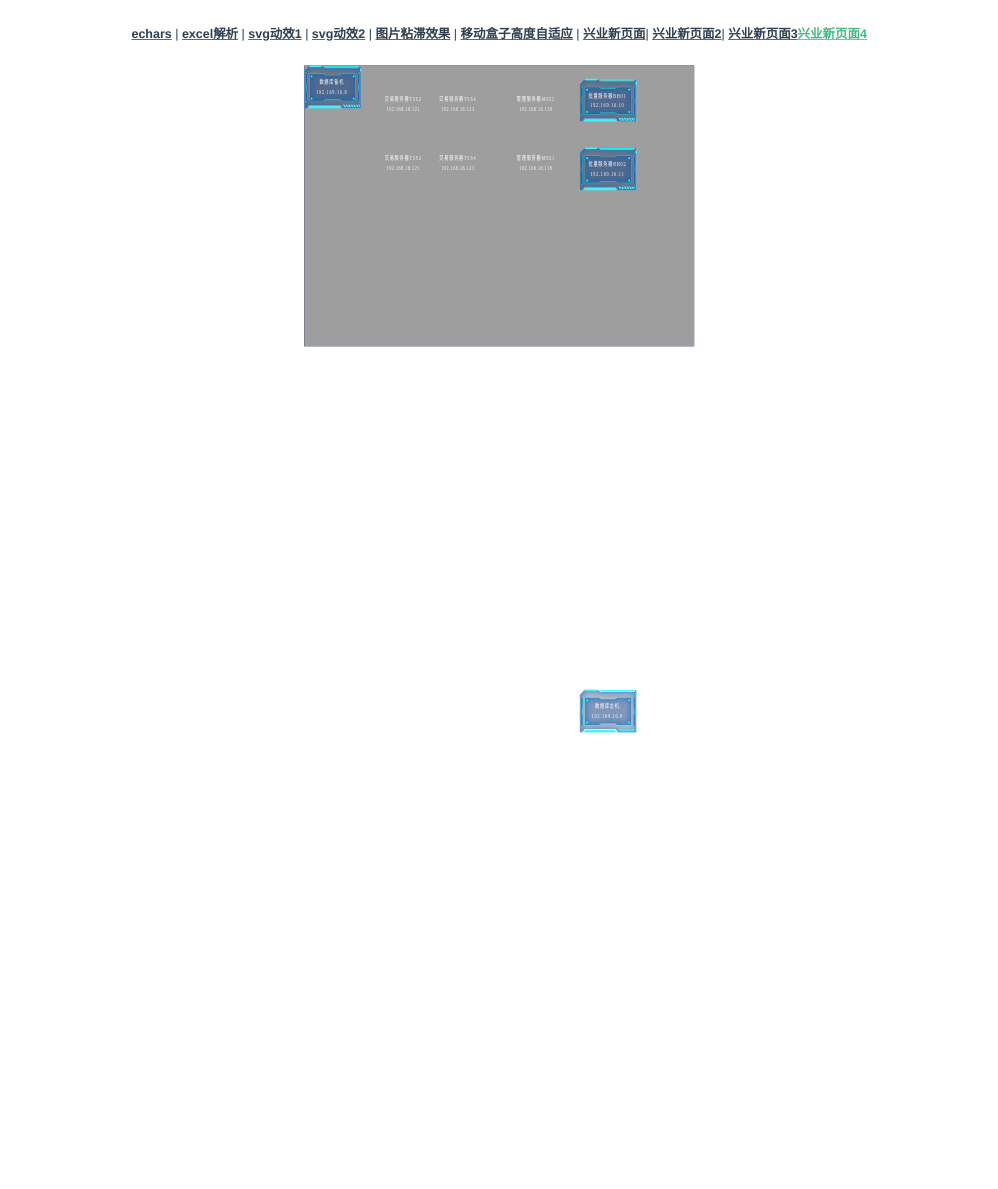
Repository: dmj199811/animation-dmj
Page: /#/work-page6
These files come from the project's save history. The page is drawn as it stood at one moment and after the next save; the edit follows.
The browser window is 1280 px wide. The pictures show the whole page, at 78% of full size.
Pictures or frames that could not be fetched are drawn as grey boxes. The project was rebuilt for these pictures with package versions that can differ from the ones it lists, and the page was loaded fresh each time.

Above is the page before, as saved 2020-07-02 16:09:52.

### src/App.vue
<template>
  <div id="app">
    <div id="nav"
         v-if="this.$store.state.pageShow">
      <router-link to="/">echars</router-link> |
      <router-link to="/xlsx-example">excel解析</router-link> |
      <router-link to="/svg-example1">svg动效1</router-link> |
      <router-link to="/svg-example2">svg动效2</router-link> |
      <router-link to="/work-message">图片粘滞效果</router-link> |
      <router-link to="/work-page2">移动盒子高度自适应</router-link> |
      <router-link to="/work-page3">兴业新页面</router-link>|
      <router-link to="/work-page4">兴业新页面2</router-link>|
      <router-link to="/work-page5">兴业新页面3</router-link>
      <router-link to="/work-page6">兴业新页面4</router-link>
    </div>
    <router-view />
  </div>
</template>

<style lang="less">
body {
  margin: 0;
}
#app {
  font-family: Avenir, Helvetica, Arial, sans-serif;
  -webkit-font-smoothing: antialiased;
  -moz-osx-font-smoothing: grayscale;
  text-align: center;
  color: #2c3e50;
}

#nav {
  padding: 30px;

  a {
    font-weight: bold;
    color: #2c3e50;

    &.router-link-exact-active {
      color: #42b983;
    }
  }
}
</style>

### src/router/index.js
import Vue from 'vue'
import VueRouter from 'vue-router'

Vue.use(VueRouter)

const routes = [
  {
    path: '/',
    redirect: '/circle-echarts',
  },
  {
    path: '/circle-echarts',
    name: 'ani2',
    component: () => import('../views/circle-echarts/index.vue')
  },
  {
    path: '/xlsx-example',
    name: 'xlsx1',
    component: () => import('../views/xlsx1/index.vue')
  },
  {
    path: '/svg-example1',
    name: 'svg1',
    component: () => import('../views/svg1/index.vue')
  },
  {
    path: '/svg-example2',
    name: 'svg2',
    component: () => import('../views/svg2/index.vue')
  },
  {
    path: '/work-message',
    name: 'message1',
    component: () => import('../views/work/message/index.vue')
  },
  {
    path: '/work-page2',
    name: 'show1',
    component: () => import('../views/work/show1/index.vue')
  },
  {
    path: '/work-page3',
    name: 'show2',
    component: () => import('../views/newPage/index.vue')
  },
  {
    path: '/work-page4',
    name: 'show2',
    component: () => import('../views/newPage2/index.vue')
  },
  {
    path: '/work-page5',
    name: 'show3',
    component: () => import('../views/newPage3/index.vue')
  },
  {
    path: '/work-page6',
    name: 'show4',
    component: () => import('../views/newPage4/index.vue')
  },
]

const router = new VueRouter({
  routes
})

export default router

### src/views/newPage4/index.vue
<template>
  <div class="box">
    <div class="use-box">
      <div class="use-box-bg">
        <!-- 交易服务器 -->
        <div class="deal">
          <div class="deal-server pos1">
            <div class="deal-server-item">
              <div>交易服务器TSS2</div>
              <div>192.168.18.121</div>
            </div>
          </div>
          <div class="deal-server pos2">
            <div class="deal-server-item">
              <div>交易服务器TSS2</div>
              <div>192.168.18.121</div>
            </div>
          </div>
          <div class="deal-server pos3">
            <div class="deal-server-item">
              <div>交易服务器TSS4</div>
              <div>192.168.18.123</div>
            </div>
          </div>
          <div class="deal-server pos4">
            <div class="deal-server-item">
              <div>交易服务器TSS4</div>
              <div>192.168.18.123</div>
            </div>
          </div>
          <!-- 管理服务器 -->
            <div>
              <div class="deal-server pos5">
                <div class="deal-server-item">
                  <div>管理服务器MSS2</div>
                  <div>192.168.18.119</div>
                </div>
              </div>
              <div class="deal-server pos6">
                <div class="deal-server-item">
                  <div>管理服务器MSS1</div>
                  <div>192.168.18.118</div>
                </div>
              </div>
            </div>
        </div>

        <!-- 批量服务器 -->
        <div class="batch batch-pos1">
          <div class="batch-item ">
            <div>批量服务器BH01</div>
            <div>192.169.16.10</div>
          </div>
        </div>
        <div class="batch batch-pos2">
          <div class="batch-item ">
            <div>批量服务器BH02</div>
            <div>192.169.16.11</div>
          </div>
        </div>

        <!-- 数据库主机 -->
        <div class="batch batch-pos3">
          <div class="batch-item ">
            <div>数据库主机</div>
            <div>192.169.16.9</div>
          </div>
        </div>
        <div class="batch batch-pos4">
          <div class="batch-item ">
            <div>数据库备机</div>
            <div>192.169.16.8</div>
          </div>
        </div>
      </div>
    </div>
  </div>
</template>
<script>
export default {
  data () {
    return {}
  },
  mounted () {
    this.fullScreen()
    let a = {
      'ATM系统': 'N',
      '网上银行域': 'E',
      'IC借记卡系统': 'N',
      'CFP系统': 'W',
      '电话银行域': 'E',
      '金卡系统': 'N',
      '零售信贷系统': 'W',
      '联机交易转发平台': 'N',
      '核心联机交易平台': 'E',
      'OFEP': 'W',
      '会计辅助管理系统': 'W',
      '业务策略管控平台': 'E',
      '历史检索系统': 'N',
      '企业数据集成平台': 'N',
      '银联数据综合前置系统': 'E',
      '理财卡外包制卡系统': 'W',
      '数据仓库系统': 'E',
      '统一报表系统': 'W',
      '企业CRM系统': 'N'
    }

    this.dataToArray(a)
    window.onresize = () => {
      this.fullScreen()
    }
  },
  methods: {
    fullScreen () {
      $('.box').css('transform', `scale(${document.documentElement.clientWidth / 3840},${document.documentElement.clientHeight / 1440})`)
    },
    dataToArray (data) {

    }
  }
}
</script>
<style lang="less">
.box {
  text-align: left;
  transform-origin: 0 0;
  width: 3840px;
  height: 1440px;
}
.use-box {
  font-size: 18px;
  width: 1500px;
  box-sizing: border-box;
  height: 720px;
  background: #0e2550;
  margin: 0 auto;
  color: white;
}
.use-box div {
  box-sizing: border-box;
}

.use-box-bg {
  width:  100%;
  height: 100%;
  background-image: url(./img/line.png);
  background-size: 100% 100%;
  position: relative;
}

.deal-server {
  width:  180px;
  height: 70px;
  background-image: url(./img/1blue.png);
  background-size: 100% 100%;
  overflow: hidden;

}

.deal-server-item {
  width:192px;
  height:60px;
  font-size:16px;
  font-family:Adobe Heiti Std;
  font-weight:normal;
  color:rgba(255,255,255,1);
  line-height:25px;
  letter-spacing: 3px;
  text-align: center;
  margin-top: 15px;
  margin-left: -5px;
}

.deal-server-item > div:nth-child(2) {
  letter-spacing: 2px;
}

.pos1 {
  position: absolute;
  top: 58px;
  left: 290px;
}

.pos2 {
  position: absolute;
  top: 209px;
  left: 290px;
}

.pos3 {
  position: absolute;
  top: 58px;
  left: 500px;
}

.pos4 {
  position: absolute;
  top: 209px;
  left: 500px;
}

.pos5 {
  position: absolute;
  top: 58px;
  left: 800px;
}

.pos6 {
  position: absolute;
  top: 209px;
  left: 800px;
}

.batch {
  width:  220px;
  height: 110px;
  background-image: url(./img/rightBlue.png);
  background-size: 100% 100%;
  overflow: hidden;
}

.batch-item {
  width:192px;
  height:60px;
  font-size:16px;
  font-family:Adobe Heiti Std;
  font-weight:normal;
  color:rgba(255,255,255,1);
  line-height:25px;
  letter-spacing: 3px;
  text-align: center;
  margin-top: 30px;
  margin-left: 10px;
}
.batch-pos1 {
  position: absolute;
  top: 34px;
  left: 1060px;
}
.batch-pos2 {
  position: absolute;
  top: 210px;
  left: 1060px;
}
.batch-pos3 {
  position: absolute;
  top: 1600px;
  left: 1060px;
}

</style>

Loaded but not shown: public/index.html (common file); src/main.js (common file); src/store/index.js (common file)

After the next save:
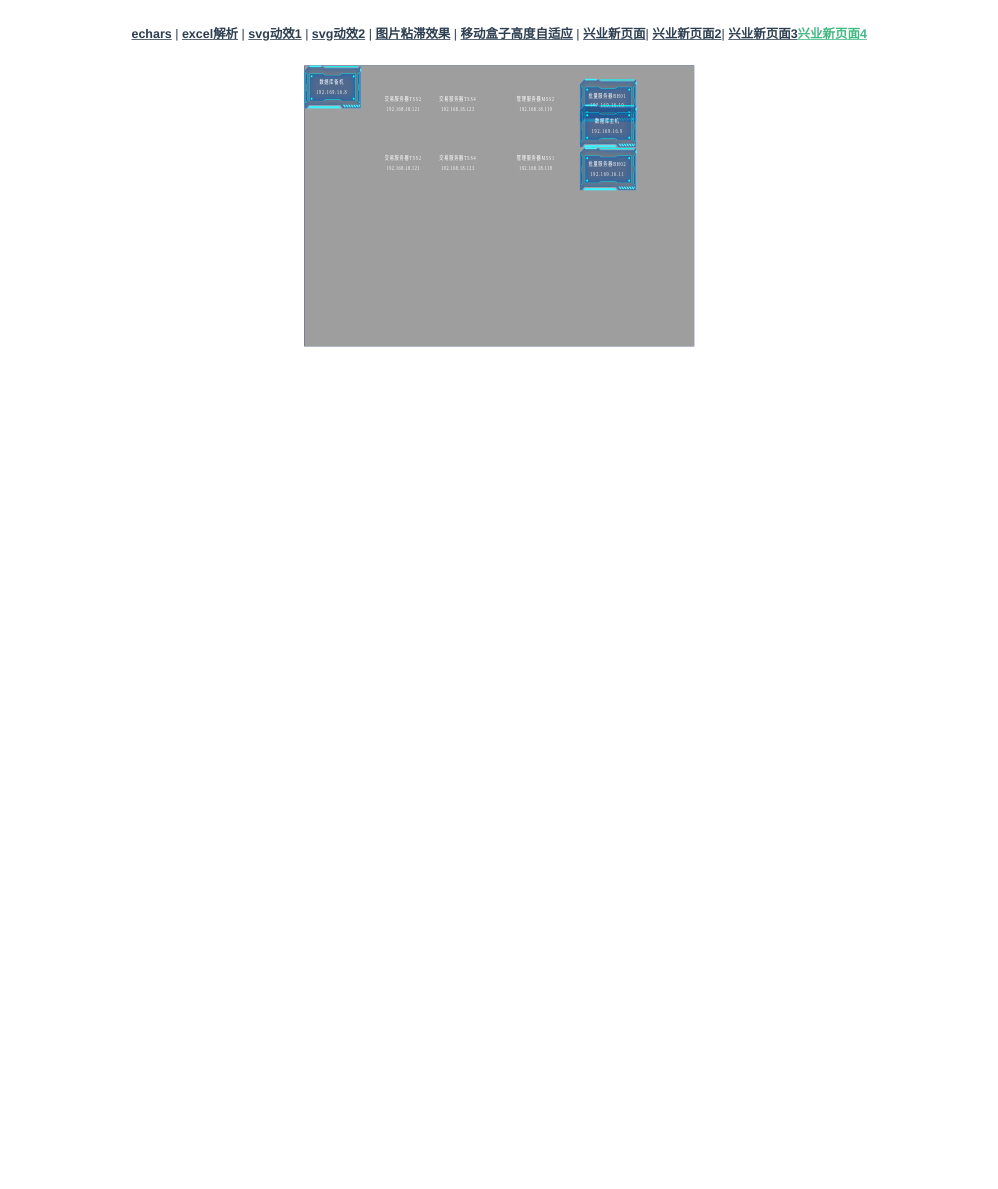
Saved 8 s later.
--- a/src/views/newPage4/index.vue
+++ b/src/views/newPage4/index.vue
@@ -244,7 +244,7 @@ export default {
 }
 .batch-pos3 {
   position: absolute;
-  top: 1600px;
+  top: 100px;
   left: 1060px;
 }
 
